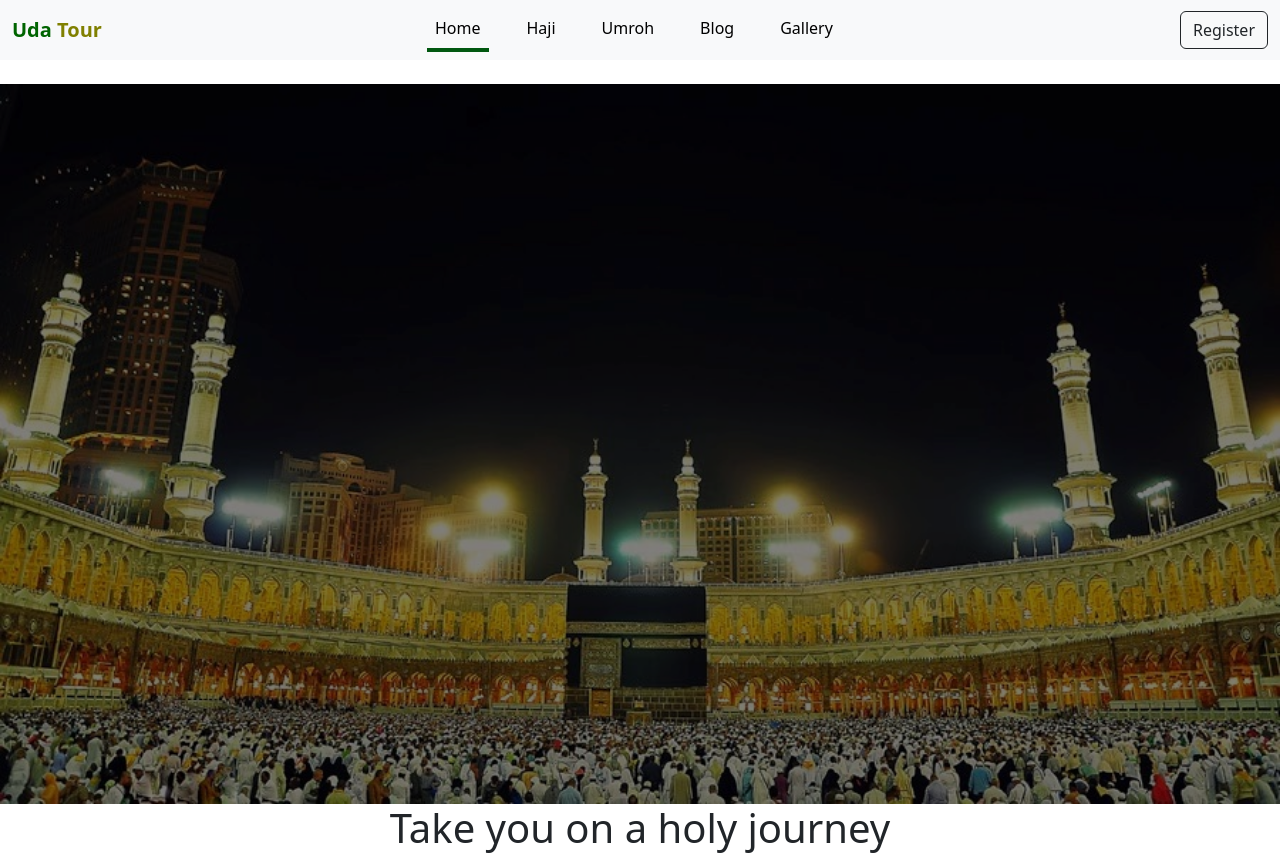
Repository: Putrabobi/Task7
Page: index.html
The author's editor kept a copy of each file at every save. The page is drawn from the files as they stood at one save, then again after a run of saves.
The browser window is 1280 px wide. The pictures show the whole page.

Above is the page before, as saved 2024-03-25 10:44:08.

After the next 2 saves:
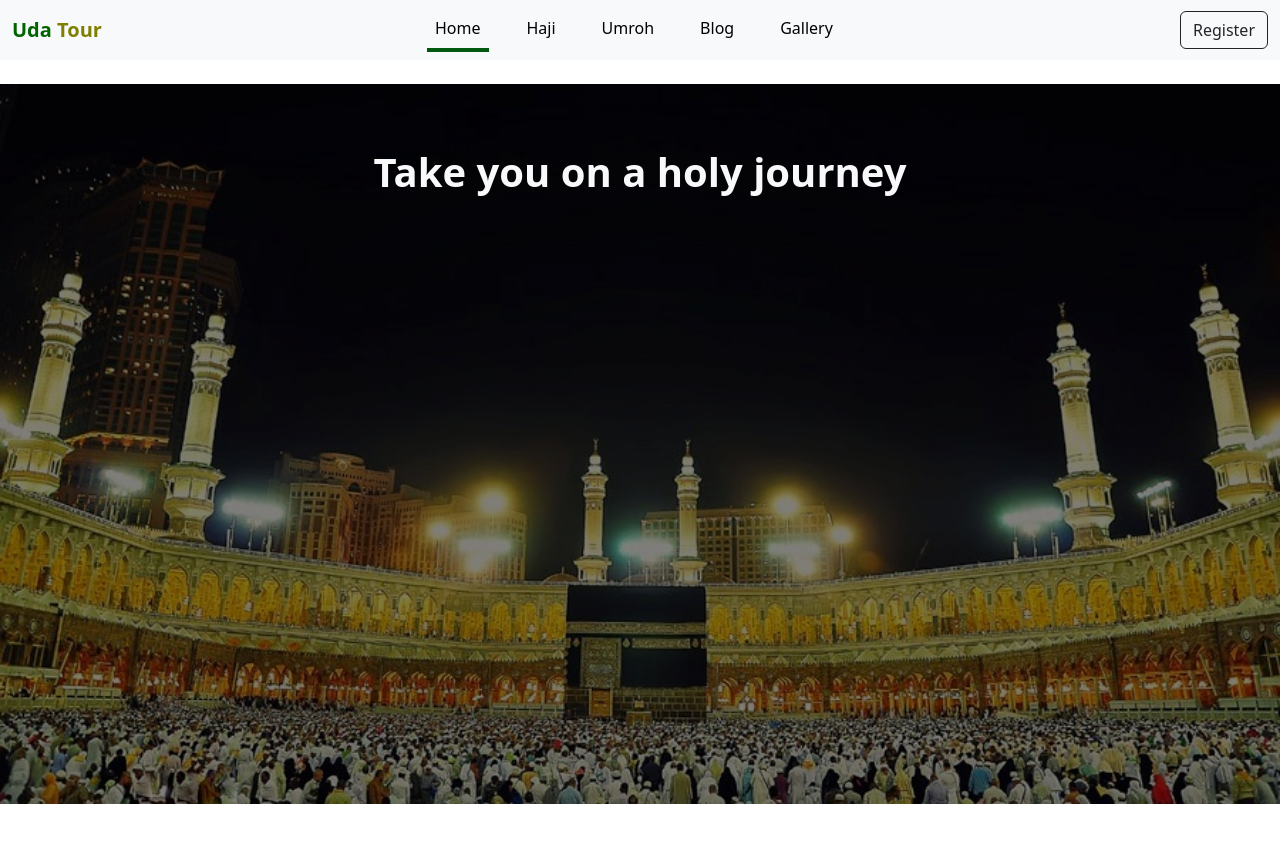
The 2 saves are shown as one change because they came seconds apart.
The last was saved 29 s later.
--- a/index.html
+++ b/index.html
@@ -48,7 +48,7 @@
 
     <div class="position-relative text-center mb-5">
     <img src="images/mekkah.jpg" style="filter: brightness(50%);" alt="Mekkah" width="100%">
-    <h1 class="position-absolute start-50 top-10 translate-middle-x">Take you on a holy journey</h1>
+    <h1 class="position-absolute top-0 start-50 translate-middle-x text-light fw-bold" style="margin-top: 5%;">Take you on a holy journey</h1>
 </div>
 
 
